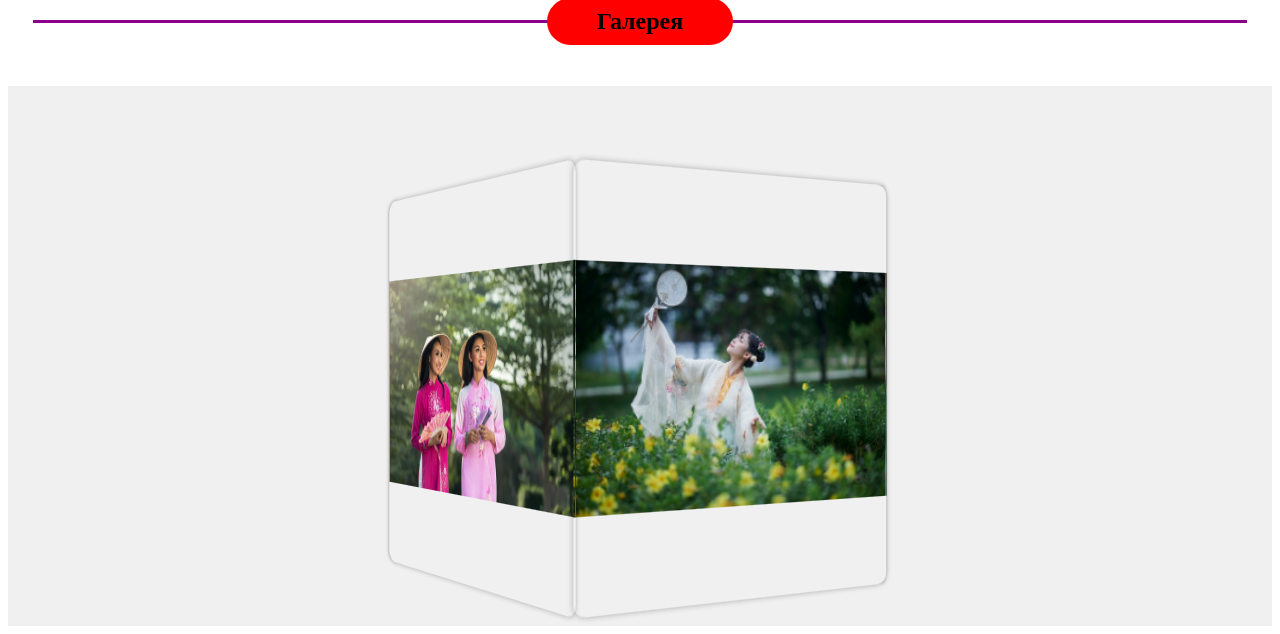
Repository: qtqqrdy13/model-studio
Page: index.html
These files come from the project's save history. The page is drawn as it stood at one moment and after the next save; the edit follows.
The browser window is 1280 px wide. The pictures show the part of the page from y = 1892 to 2844 px (the page is 2526 px tall before and 2844 px after).
A picture or video elsewhere on the page could not be fetched, so the positions and the page height are approximate.

Above is the page before, as saved 2023-08-27 17:57:57.

After the next save:
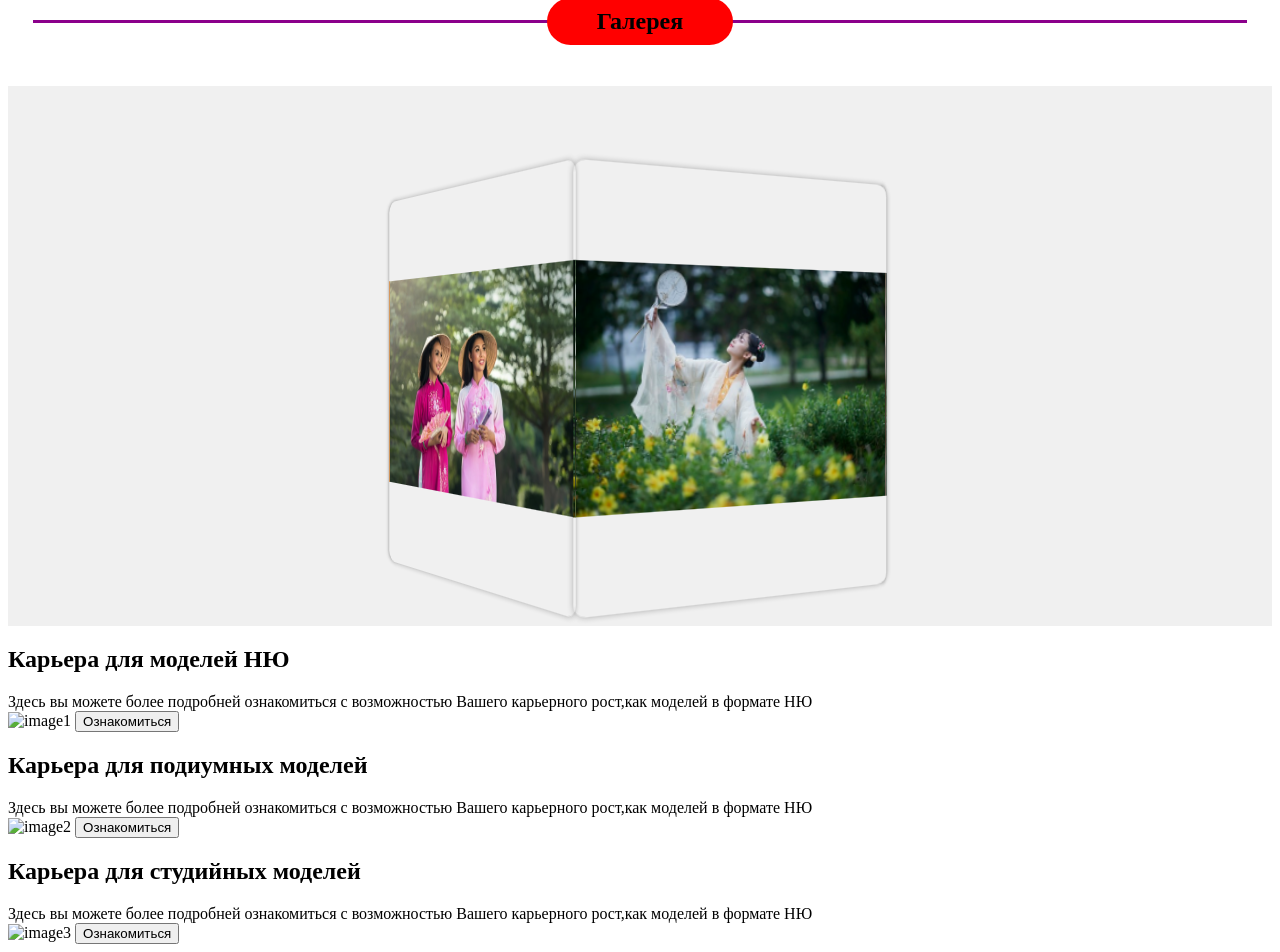
Not found: img.png
Saved 4 days later.
--- a/index.html
+++ b/index.html
@@ -185,6 +185,44 @@
             </div>
         </div>
     </div>
+    <div class="suction">
+        <div class="category">
+            <h2>
+                Карьера для моделей НЮ
+            </h2>
+            <p>
+                Здесь вы можете более подробней ознакомиться с возможностью Вашего карьерного рост,как моделей в формате НЮ
+            </p>
+            <img src="img.png" alt="image1">
+            <button class="baton">
+                Ознакомиться
+            </button>
+        </div>
+        <div class="category">
+            <h2>
+                Карьера для подиумных моделей
+            </h2>
+            <p>
+                Здесь вы можете более подробней ознакомиться с возможностью Вашего карьерного рост,как моделей в формате НЮ
+            </p>
+            <img src="img.png" alt="image2">
+            <button class="baton">
+                Ознакомиться
+            </button>
+        </div>
+        <div class="category">
+            <h2>
+                Карьера для студийных моделей
+            </h2>
+            <p>
+                Здесь вы можете более подробней ознакомиться с возможностью Вашего карьерного рост,как моделей в формате НЮ
+            </p>
+            <img src="img.png" alt="image3">
+            <button class="baton">
+                Ознакомиться
+            </button>
+        </div>
+    </div>
 </body>
 
 </html>
